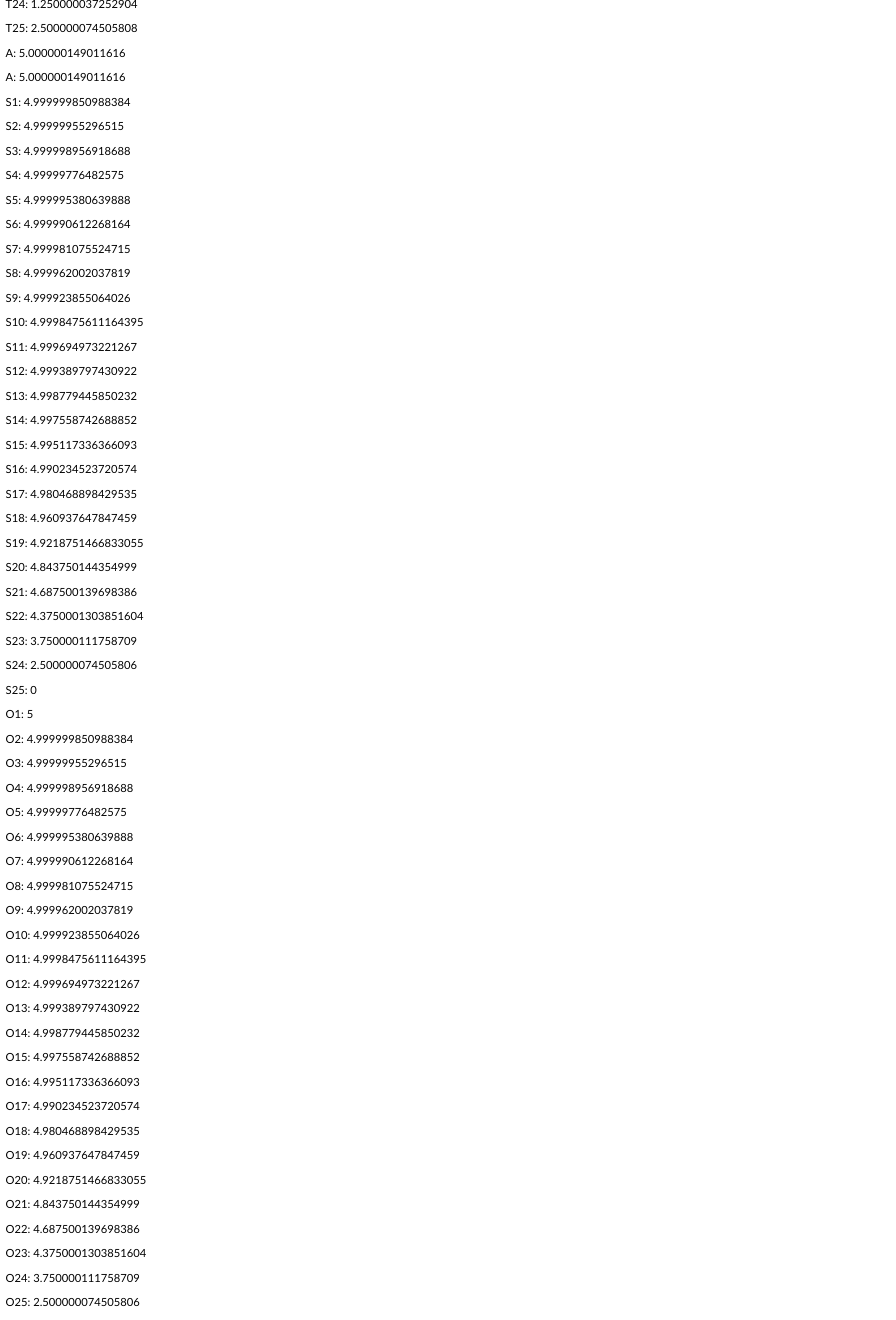
Repository: ravkita/MFCalc
Page: index.html
An editor plug-in stored every save of this project. The page is shown before and after the next save, followed by the edit.
The browser window is 1280 px wide. The pictures show the part of the page from y = 1036 to 2956 px (the page is 2921 px tall before and 2956 px after), at 70% of full size.
Empty fields were first filled with sample values (such as "Sample", 5 or name@example.com).
After loading, the first visible `#confirm` was clicked once.

Above is the page before, as saved 2021-04-12 18:51:38.

After the next save:
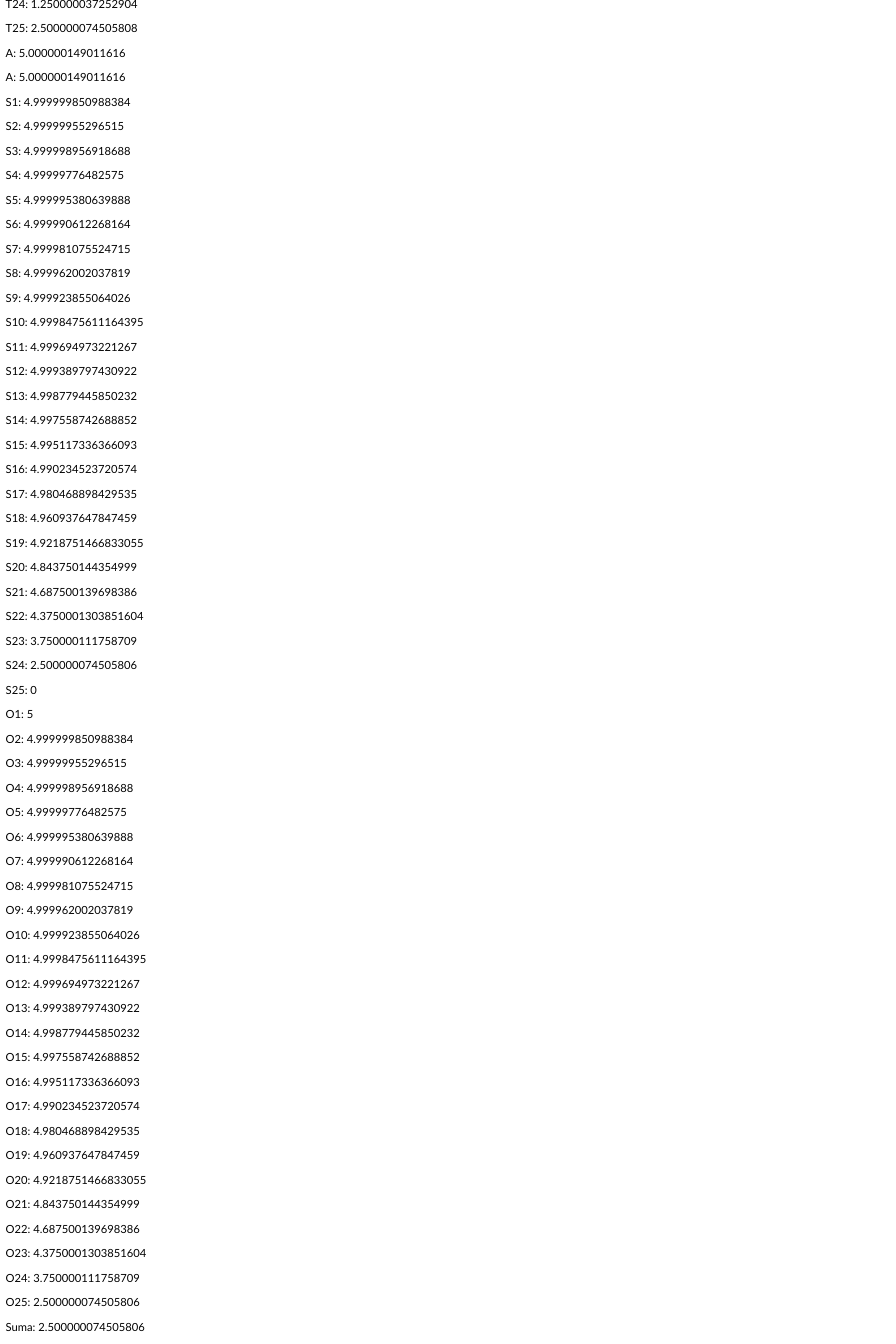
Saved 3 min 12 s later.
--- a/index.html
+++ b/index.html
@@ -114,19 +114,24 @@
         }
         function odsetkiPrzyStalejKwocie(){
             saldoPrzyStałejKwocie();
+            let On
+            let sumaO;
             for(let i = 1; i<=N*m; i++){
                 const el = document.createElement("p");
-                let On
-
                 if(i === 1){
                      On = s*(r/m);
+                     sumaO =+ On;
                 }else{
                      On = Sn[i-2]*(r/m);
+                     sumaO =+ On;
                 }
 
                 el.innerText = `O${i}: ${On}`;
                 document.querySelector('.result').appendChild(el);
             }
+            const suma = document.createElement("p");
+            suma.innerText = `Suma: ${sumaO}`;
+            document.querySelector('.result').appendChild(suma);
         }
         function getData(){
             document.getElementById('confirm').addEventListener('click', (e) =>{
